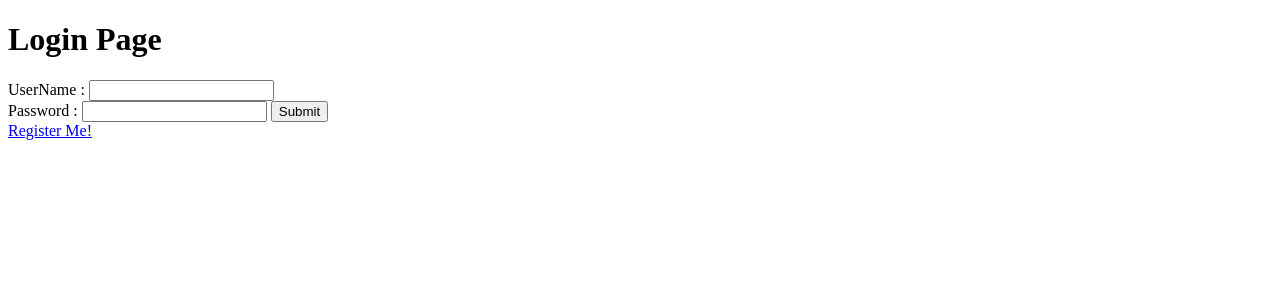
Repository: devgpta19/CDAC-Assignments
Page: http://localhost/CarVehicle/LoginPage.jsp
An editor plug-in stored every save of this project. The page is shown before and after the next save, followed by the edit.
The browser window is 1280 px wide. The pictures show the whole page.
The page is served by Tomcat 9. Other server files are loaded and not shown.

Above is the page before, as saved 2025-12-11 06:25:24.

### Adv.Java/Prac/CarVehicle/src/main/webapp/LoginPage.jsp
<%@ page language="java" contentType="text/html; charset=ISO-8859-1"
    pageEncoding="ISO-8859-1"%>
<!DOCTYPE html>
<html>
<head>
<meta charset="ISO-8859-1">
<title>Insert title here</title>
</head>
<body>

	<h1>Login Page</h1>
	<form action="/validateUser" method="post">

		<label for="uname" >UserName : </label>
		<input type="text" name="uname" id="uname" />

		<br>

		<label for="pass" >Password : </label>
		<input type="text" name="pass" id="pass" />

		<button type="submit" name="btn" id="btn" >Submit</button>

	</form>

	<a href="/" >Register Me!</a> &nbsp;

</body>
</html>

After the next save:
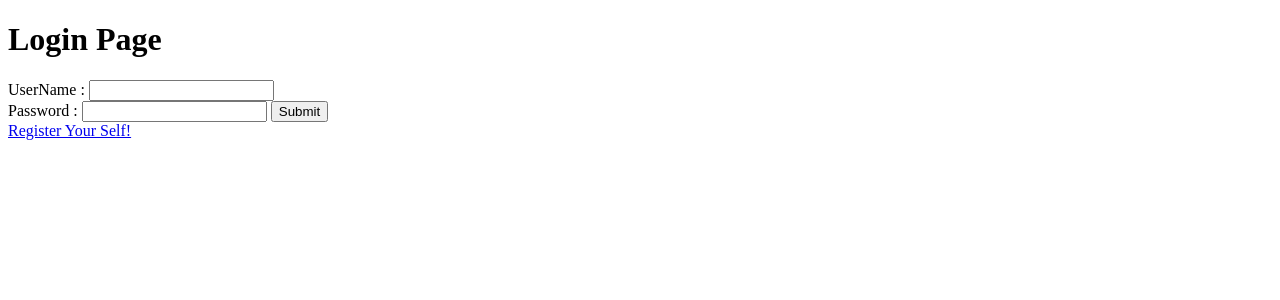
Saved 29 s later.
--- a/Adv.Java/Prac/CarVehicle/src/main/webapp/LoginPage.jsp
+++ b/Adv.Java/Prac/CarVehicle/src/main/webapp/LoginPage.jsp
@@ -23,7 +23,7 @@
 
 	</form>
 
-	<a href="/" >Register Me!</a> &nbsp;
+	<a href="/RegisterMe" >Register Your Self!</a> &nbsp;
 
 </body>
 </html>
